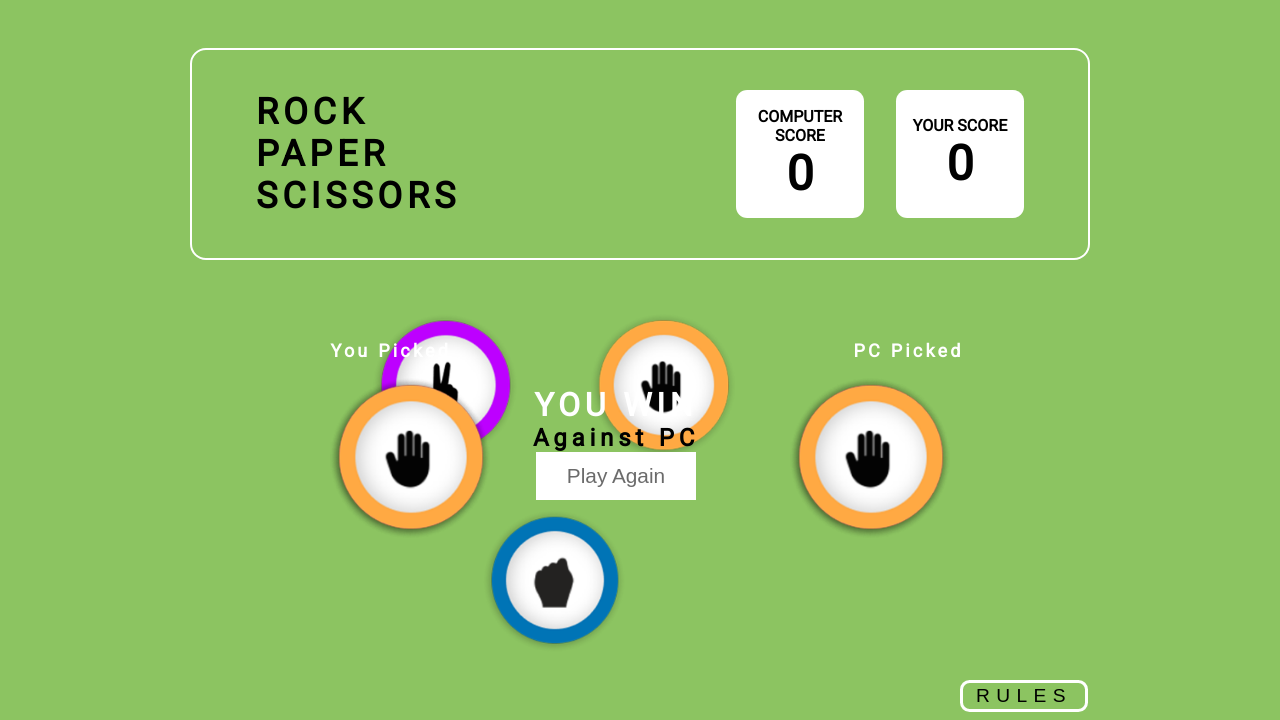
Repository: drumsmanku/Major-module-project-1
Page: index.html
An editor plug-in stored every save of this project. The page is shown before and after the next save, followed by the edit.
The browser window is 1280 px wide. The pictures show the whole page.

Above is the page before, as saved 2023-04-30 12:32:49.

### index.html
<!DOCTYPE html>
<html lang="en">
<head>
  <meta charset="UTF-8">
  <meta http-equiv="X-UA-Compatible" content="IE=edge">
  <meta name="viewport" content="width=device-width, initial-scale=1.0">
  <link rel="stylesheet" href="styles.css">
  <title>Module Project 1 </title>
</head>
<body>
  <div class="main-container">
    <div class="first-container">
      <div class="text">
        <h1>ROCK PAPER SCISSORS</h1>
      </div>
      <div class="two-boxes">
        <div class="computer-score">
          <h4>COMPUTER SCORE</h4>
          <h1>0</h1>
        </div>
        <div class="your-score">
          <h4>YOUR SCORE</h4>
          <h1>0</h1>
        </div>
      </div>

    </div>

    <div class="second-main-container">
      <div class="second-main-main-first-container ">
        <div class="second-first-main-container">
          <div class="two-buttons">
            <button class="btn-2"><img src="2.png" alt=""></button>
            <button class="btn-3"><img src="3.png" alt=""></button>
          </div>
          <button class="btn-1"> <img src="1.png" alt=""></button>
        </div>
        <div class="second-second-main-container">
          <div class="img-container">
            <img id="rules-img" src="4.png" alt="">
            <button id="my-btn">
              <p>X</p><img src="x.png" alt="">
            </button>
          </div>
        </div>

      </div>
       <div class="second-main-main-second-conainer">
        <div class="cont">
          <div class="images-div">
            <p>You Picked</p>
            <img src="1.png" alt="">
            <img src="2.png" alt="">
            <img src="3.png" alt="">
          </div>
          <div class="who-won">
            <p class="won">YOU WIN</p>
            <p class="against">Against PC</p>
            <button class="play-again">Play Again</button>
          </div>
          <div class="images-div-for-pc">
            <p>PC Picked</p>
            <img src="1.png" alt="">
            <img src="2.png" alt="">
            <img src="3.png" alt="">
          </div>
        </div>


       </div>
    </div>
    <div class="bottom-btn"><button id="rule-btn">RULES</button></div>

  </div>

  <script src="script.js"></script>
</body>
</html>

### styles.css
@import url('https://fonts.googleapis.com/css2?family=Roboto&display=swap');

*{
  padding: 0;
  margin: 0;
}

body{
  background-color: #8CC461;
}
.main-container{
  display: flex;
  flex-direction: column;
  align-items: center;
}
.first-container{
  height: 5rem;
  width: 60vw;
  border: 2px solid white;
  background: none;
  border-radius: 1rem;
  padding: 4rem;
  display: flex;
  flex-direction: row;
  align-items: center;
  justify-content: space-between;
  margin-top: 3rem;
}
.text{
  height: inherit;
  width: 20%;
  display: flex;
  flex-wrap: wrap;
  flex-direction: column;
  font-family: 'Roboto';
  letter-spacing: 0.3rem;
  font-size: large;
  justify-content: center;
  align-items: center;
}

.computer-score{
  display: flex;
  flex-direction: column;
  height: 8rem;
  width: 8rem;
  flex-wrap: wrap;
  font-family: 'Roboto';
  justify-content: center;
  align-items: center;
  background-color: white;
  text-align: center;
  border-radius: 0.7rem;
}
.computer-score>h1{
  font-weight: 800;
  font-size: 3rem;
}
.your-score{
  display: flex;
  flex-direction: column;
  height: 8rem;
  width: 8rem;
  flex-wrap: wrap;
  font-family: 'Roboto';
  justify-content: center;
  align-items: center;
  background-color: white;
  text-align: center;
  border-radius: 0.7rem;
  margin-left: 2rem;
}
.your-score>h1{
  font-weight: 800;
  font-size: 3rem;
}
.two-boxes{
  display: flex;
  flex-direction: row;
  justify-content: space-between;
}
.second-main-container{
  position: relative;
  width: 100vw;
}
.second-main-main-first-container{
  display: flex;
  flex-direction: row;
  justify-content: flex-end;
  width: 100vw;

}
.hide{
  display: none;
}
.second-first-main-container{
  display: flex;
  flex-direction: column;
  justify-content: flex-end;
  align-items: center;
  height: 55vh;
  width: 40vw;
}
.two-buttons{
  width: inherit;
  display: flex;
  flex-direction: row;
  justify-content: space-evenly;
  margin-bottom: 3rem;
}
.btn-1{
  background: none;
  border:none;
  cursor: pointer;
}
.btn-2{
  background: none;
  border:none;
  cursor: pointer;
}
.btn-3{
  background: none;
  border:none;
  cursor: pointer;
}
.second-first-main-container img{
  width: 9rem;
}

.second-second-main-container{
  display: flex;
  align-items: flex-end;
  margin-right: 12rem;
}
.second-second-main-container .img-container button{
  background: none;
  border: none;
  cursor: pointer;
  z-index: 999;
  position: absolute;
  top: -10%;
  left: 90%;
  bottom: 21rem;
  text-align: center;
  font-size:3.2rem;
  font-weight: bolder;
}
.second-second-main-container .img-container button>p{
  position: absolute;
  margin-left: 0.9rem;

  color: aliceblue;
  font-family: 'Roboto';
}
.img-container{
  position: relative;
  display: inline-block;
}
#rules-img, #my-btn{
  transform: scale(0);
}
#rules-img.appear{
  animation: open 0.4s ease-in-out forwards;
  transform-origin: top right;
}
#my-btn.appear{
  animation: open 0.1s ease-in-out 0.3s forwards;

}
#rules-img.disappear{
  animation: close 0.4s ease-in-out forwards;
  transform-origin: top right;
}
#my-btn.disappear{
  animation:close 0.1s ease-in-out 0.3s forwards;
}
@keyframes open{
  from{
    transform: scale(0);
  }
  to{
    transform: scale(1);
  }
}
@keyframes close{
  from{
    transform: scale(1);
  }
  to{
    transform: scale(0);
  }
}

#rule-btn{
  background: none;
  border: 3px solid white;
  border-radius: 0.6rem;
  height: 2rem;
  width: 8rem;
  font-size:1.2rem;
  letter-spacing: 0.4rem;
  cursor: pointer;
}
.bottom-btn{
  width: 100vw;
  display: flex;
  justify-content: flex-end;
  margin-top: 1.5rem;

}
.bottom-btn button{
  margin-right: 12rem;
}

.images-div{
  position: relative;
  display: flex;
  justify-content: center;
  align-items: center;
  height: 55vh;
  flex-direction: column;
  /* width: 100vw; */
}
.images-div img{
  position: absolute;
  left: 30%;
  width: 10rem;

}
.images-div p{
  position: absolute;
  left: 30%;
  top: 5rem;
  letter-spacing: 0.2rem;
  color: white;
  font-size: large;
  font-weight: bold;
  font-family: 'Roboto';
  width: 10rem;
}
.images-div-for-pc{
  position: relative;
  display: flex;
  justify-content: center;
  align-items: center;
  height: 55vh;
  flex-direction: column;
}
.images-div-for-pc img{
  position: absolute;
  left: 55%;
  width: 10rem;
}
.images-div-for-pc p{
  position: absolute;
  left: 60%;
  top: 5rem;
  right: -4rem;
  letter-spacing: 0.2rem;
  color: white;
  font-size: large;
  font-weight: bold;
  font-family: 'Roboto';
  width: 15rem;
  padding-left: 4rem;
}
.second-main-main-second-conainer{
  position: absolute;
  top: 0;
  width: inherit;
  display: flex;
  flex-direction: row;
  justify-content: center;
  align-items: center;
}
.cont{
  display: flex;
  flex-direction: row;
  height: inherit;
  width: 50%;
  justify-content: space-evenly;
  align-items: center;
  margin-left: -10rem;
}
.against{
  font-size: x-large;
  columns: white;
  font-weight: bold;
  font-family: 'Roboto';
  letter-spacing: 0.3rem;
}
.who-won{
  display: flex;
  flex-direction: column;
  align-items: center;
  /* justify-content: center; */
  margin-left: 7rem;
  height: 20vh;
}
.won{
  color: white;
  font-size: xx-large;
  font-weight: bold;
  font-family: 'Roboto';
  letter-spacing: 0.3rem;
}
.who-won button{
  background-color: white;
  border: none;
  color: #6B6B6B;
  width: 10rem;
  height: 3rem;
  font-size: 1.3rem;
}

### script.js
const myimg=document.querySelector("#rules-img");
const closebtn=document.querySelector("#my-btn");
const ruleOpen=document.querySelector("#rule-btn");

ruleOpen.addEventListener("click", ()=>{
  myimg.classList.add("appear");
  closebtn.classList.add("appear");
  myimg.classList.remove("disappear");
  closebtn.classList.remove("disappear");
});
closebtn.addEventListener("click", ()=>{
  myimg.classList.add("disappear");
  closebtn.classList.add("disappear");
  myimg.classList.remove("appear");
  closebtn.classList.remove("appear");
});

After the next save:
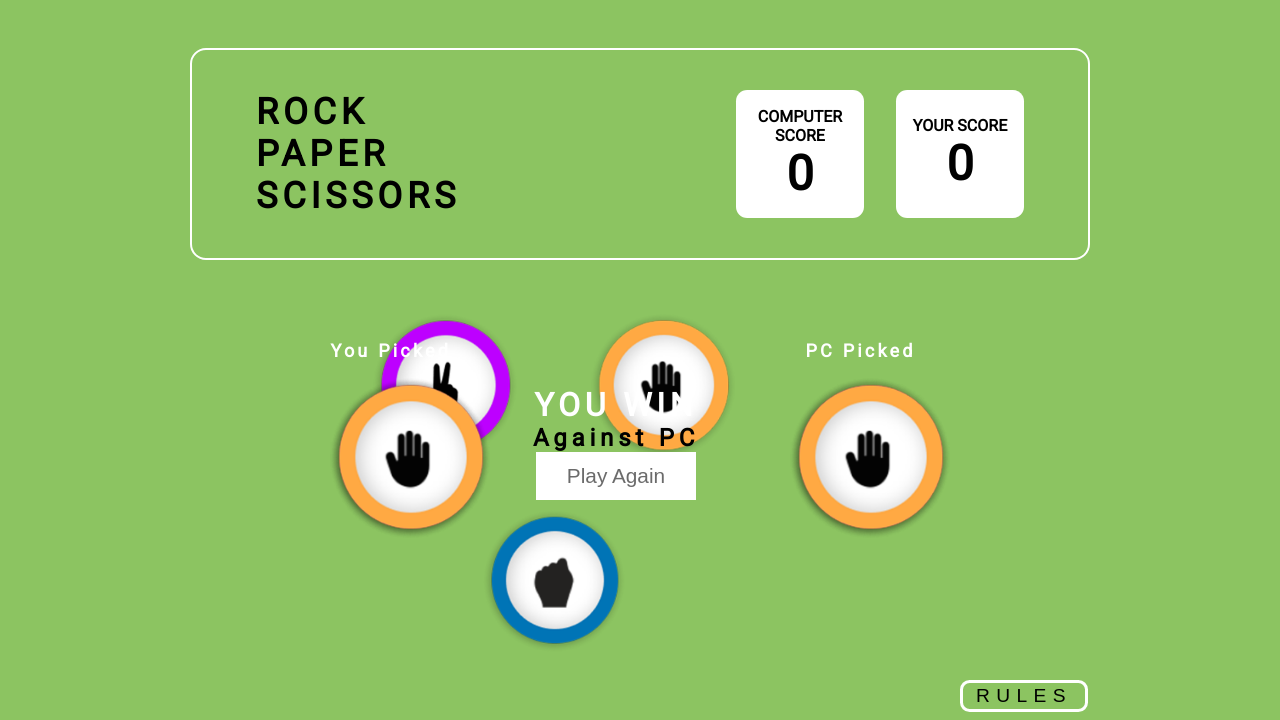
Saved 13 s later.
--- a/styles.css
+++ b/styles.css
@@ -262,7 +262,7 @@ body{
   font-weight: bold;
   font-family: 'Roboto';
   width: 15rem;
-  padding-left: 4rem;
+  padding-left: 1rem;
 }
 .second-main-main-second-conainer{
   position: absolute;
